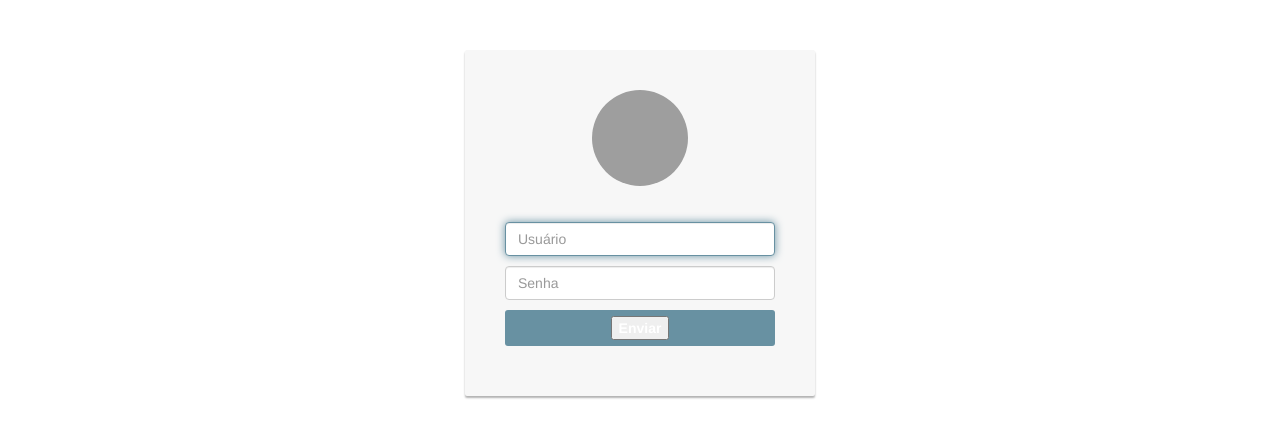
Repository: JacksonPassos/JAAS
Page: http://localhost/gerenciador/user/allowed.jsp
These files come from the project's save history. The page is drawn as it stood at one moment and after the next save; the edit follows.
The browser window is 1280 px wide. The pictures show the whole page.
Pictures or frames that could not be fetched are drawn as grey boxes. The page is served by Tomcat 9.

Above is the page before, as saved 2017-05-16 21:29:18.
Console error: ReferenceError: $ is not defined

After the next save:
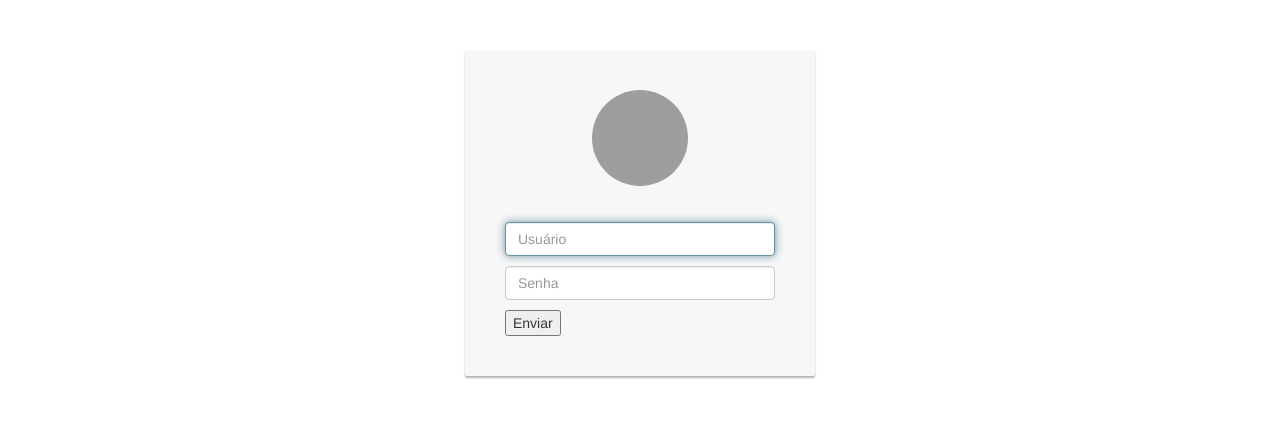
Saved 27 s later.
--- a/gerenciador/WebContent/jsp/login.jsp
+++ b/gerenciador/WebContent/jsp/login.jsp
@@ -247,7 +247,7 @@ function testLocalStorageData() {
                 <span id="reauth-email" class="reauth-email"></span>
                 <input id="j_username" name="j_username" type="text" class="form-control" placeholder="Usuário" required autofocus>
                 <input id="j_password" name="j_password" type="password" class="form-control" placeholder="Senha" required>
-                <button class="btn btn-lg btn-primary btn-block btn-signin"><input type="submit" value="Enviar"></button>
+               <input type="submit" value="Enviar">
             </form><!-- /form -->
         </div><!-- /card-container -->
     </div><!-- /container -->
